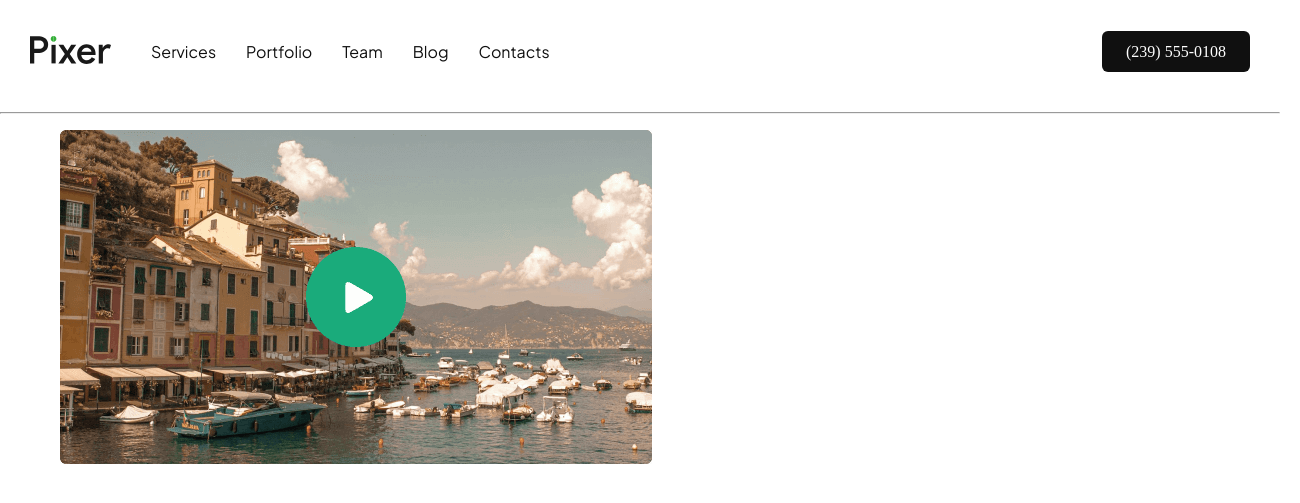
Repository: UlugbekAbdurasulov/pixar
Page: index.html
These files come from the project's save history. The page is drawn as it stood at one moment and after the next save; the edit follows.
The browser window is 1280 px wide. The page is 1300 px wide, so the pictures cover 1300 px, including what lies to the right of the window. The pictures show the whole page.

Above is the page before, as saved 2023-06-05 00:09:43.

### index.html
<!DOCTYPE html>
<html lang="en">
  <head>
    <meta charset="UTF-8" />
    <meta http-equiv="X-UA-Compatible" content="IE=edge" />
    <meta name="viewport" content="width=device-width, initial-scale=1.0" />

    <link rel="stylesheet" href="./css/main.css" />
    <title>Imthon</title>
  </head>
  <body>
    <header class="navbar">
      <div class="container">
        <div class="navbar-box">
          <div class="navvar-right">
            <a href="#"
              ><img
                src="./image/logo.svg"
                width="81"
                height="28"
                alt="pixer campaign lagatip"
            /></a>

            <nav class="navbar-naving">
              <ul class="navvar-helper">
                <li class="navbar-menu">
                  <a class="navbar-menu-link" href="#"><p>Services</p></a>
                </li>
                <li class="navbar-menu">
                  <a class="navbar-menu-link" href="#"><p>Portfolio</p></a>
                </li>
                <li class="navbar-menu">
                  <a class="navbar-menu-link" href="#"><p>Team</p></a>
                </li>
                <li class="navbar-menu">
                  <a class="navbar-menu-link" href="#"><p>Blog</p></a>
                </li>
                <li class="navbar-menu">
                  <a class="navbar-menu-link" href="#"><p>Contacts</p></a>
                </li>
              </ul>
            </nav>
          </div>
          <div class="navbar-link">
            <a class="navbar-enker" href="tel:2395550108">(239) 555-0108 </a>
          </div>
        </div>
      </div>
    </header>
    <hr />


    <menu class="menu-box">
        <div class="container">
            <div  class="hero">
                <div class="hero-wrapper">
                    <div>

                    </div>
                    <img src="./image/You-Tube.png" width="" alt="">
                </div>
            </div>
        </div>
    </menu>
  </body>
</html>

### css/main.css
/* plus-jakarta-sans-regular - latin */
@font-face {
    font-display: swap; /* Check https://developer.mozilla.org/en-US/docs/Web/CSS/@font-face/font-display for other options. */
    font-family: 'Plus Jakarta Sans';
    font-style: normal;
    font-weight: 400;
    src: url('../fontFamly/plus-jakarta-sans-v7-latin-regular.woff2') format('woff2'); /* Chrome 36+, Opera 23+, Firefox 39+, Safari 12+, iOS 10+ */
    src:    url('../fontFamly/plus-jakarta-sans-v7-latin-regular.woff') format('woff'); /* Chrome 5+, Firefox 3.6+, IE 9+, Safari 5.1+, iOS 5+ */
      }

  @font-face {
    font-display: swap; /* Check https://developer.mozilla.org/en-US/docs/Web/CSS/@font-face/font-display for other options. */
    font-family: 'Plus Jakarta Sans';
    font-style: italic;
    font-weight: 500;
    src:   url('../fontFamly/plus-jakarta-sans-v7-latin-500italic.woff2') format('woff2'); /* Chrome 36+, Opera 23+, Firefox 39+, Safari 12+, iOS 10+ */
    src:   url('../fontFamly/plus-jakarta-sans-v7-latin-500italic.woff') format('woff'); /* Chrome 5+, Firefox 3.6+, IE 9+, Safari 5.1+, iOS 5+ */
       }

  @font-face {
    font-display: swap; /* Check https://developer.mozilla.org/en-US/docs/Web/CSS/@font-face/font-display for other options. */
    font-family: 'Plus Jakarta Sans';
    font-style: normal;
    font-weight: 600;
 src:  url('../fontFamly/plus-jakarta-sans-v7-latin-600.woff2') format('woff2'); /* Chrome 36+, Opera 23+, Firefox 39+, Safari 12+, iOS 10+ */
 src:      url('../fontFamly/plus-jakarta-sans-v7-latin-600.woff') format('woff'); /* Chrome 5+, Firefox 3.6+, IE 9+, Safari 5.1+, iOS 5+ */
      }

  @font-face {
    font-display: swap; /* Check https://developer.mozilla.org/en-US/docs/Web/CSS/@font-face/font-display for other options. */
    font-family: 'Plus Jakarta Sans';
    font-style: normal;
    font-weight: 700;
    src:  url('../fontFamly/plus-jakarta-sans-v7-latin-700.woff2') format('woff2'); /* Chrome 36+, Opera 23+, Firefox 39+, Safari 12+, iOS 10+ */
      src:   url('../fontFamly/plus-jakarta-sans-v7-latin-700.woff') format('woff'); /* Chrome 5+, Firefox 3.6+, IE 9+, Safari 5.1+, iOS 5+ */

  }





* {
    box-sizing: border-box;
    text-decoration: none;
    list-style: none;
  }
  body {
    margin: 0;
    padding: 0;
    background-color: #fff;
  }
  .container {
    width: 1260px;
    margin: 0px auto;
  padding: 0 20px;
  }
.navbar-box{
    padding-top: 24px;
    padding-bottom: 24px;
    display: flex;
    justify-content: space-between;
    align-items: center;
    margin: 0;
}

.navvar-right{
    display: flex;
    justify-content: center;
    align-items: center;
    margin: 0;
}
 .navvar-helper{
    display: flex;
    margin: 0;
 }
.navbar-menu{
    margin-right: 30px;
}
.navbar-enker{
    color: #fff;
    margin: auto right;
    background: #101010;
border-radius: 6px;
padding: 12px 24px;
margin-top: 24px;
}
.navbar-menu-link :hover{
    color: #1aab7b;
}
.navbar-menu-link :active{
    color: #1aab7b;
}




.hr{
    background: #FFFFFF;
    border-bottom: 1px solid #EEEEF4;
}
    /* .navbar-link{
        margin: 0 auto;
        padding-top: 24px;
    } */
.navbar-menu-link{

    font-family: 'Plus Jakarta Sans';
    font-style: normal;
    font-weight: 500;
    font-size: 16px;
    line-height: 150%;

    color: #101010;
}

### image/logo.svg
<svg width="81" height="28" viewBox="0 0 81 28" fill="none" xmlns="http://www.w3.org/2000/svg">
<path d="M0 27.3919V0.303287H9.34316C10.5077 0.295204 11.664 0.499932 12.7556 0.907471C13.7897 1.29072 14.742 1.86772 15.5618 2.6078C16.3947 3.36821 17.057 4.29789 17.5046 5.3351C17.9523 6.3723 18.175 7.49328 18.158 8.62358C18.1698 9.74744 17.9445 10.8611 17.497 11.8913C17.0496 12.9215 16.39 13.8449 15.5618 14.6008C14.7422 15.3412 13.7899 15.9182 12.7556 16.3011C11.6648 16.7088 10.5093 16.9139 9.34542 16.9065H4.25674V27.3862L0 27.3919ZM9.45604 12.8257C10.1017 12.8382 10.7431 12.7171 11.34 12.4697C11.8662 12.2485 12.3409 11.92 12.7341 11.5051C13.1055 11.1105 13.3993 10.649 13.5999 10.1448C13.7961 9.66446 13.8984 9.15069 13.9013 8.63152C13.8979 7.55157 13.4798 6.51456 12.7341 5.73642C12.3077 5.30129 11.7976 4.95789 11.2348 4.72715C10.672 4.49641 10.0684 4.38315 9.46056 4.39429H4.25674V12.8302L9.45604 12.8257Z" fill="#191919"/>
<path d="M21.4734 8.85371V27.3919H25.6556V8.85371H21.4734Z" fill="#191919"/>
<path d="M26.3611 2.83451C26.3674 3.20623 26.2989 3.57538 26.1598 3.91992C26.0208 4.26446 25.814 4.57731 25.5518 4.83977C25.2975 5.10879 24.9903 5.32169 24.6496 5.46494C24.3089 5.60819 23.9422 5.67864 23.573 5.6718V0.000627874C23.9422 -0.00592918 24.3088 0.0646457 24.6494 0.207876C24.9901 0.351106 25.2973 0.563865 25.5518 0.832657C25.8134 1.09484 26.0199 1.40716 26.1589 1.75105C26.2979 2.09495 26.3667 2.4634 26.3611 2.83451Z" fill="#35AF39"/>
<path d="M23.5696 0.000636352V5.67521C23.1955 5.68389 22.8238 5.61441 22.4779 5.47118C22.132 5.32795 21.8195 5.11409 21.5603 4.84318C21.2969 4.58076 21.0891 4.26751 20.9494 3.92231C20.8097 3.5771 20.7411 3.20708 20.7475 2.83452C20.7422 2.46314 20.8114 2.09449 20.9511 1.75055C21.0907 1.40662 21.2979 1.09445 21.5603 0.832666C21.8199 0.562198 22.1324 0.34864 22.4782 0.205443C22.824 0.0622456 23.1956 -0.00748732 23.5696 0.000636352Z" fill="#35AF39"/>
<path d="M34.8486 17.9709L28.481 8.85371H33.3417L37.3343 14.7176H37.4471L41.1722 8.85371H46.2203L39.7781 17.9709L46.3331 27.3919H41.3664L37.3726 21.3387H37.2598L33.2999 27.3919H28.3681L34.8486 17.9709Z" fill="#191919"/>
<path d="M65.2893 22.9653C64.4947 24.4194 63.3552 25.654 61.9717 26.5598C60.5419 27.5196 58.7843 27.9995 56.699 27.9995C55.3882 28.0133 54.088 27.7623 52.8757 27.2615C51.7354 26.7889 50.7032 26.0872 49.8426 25.1996C48.9783 24.302 48.2996 23.2413 47.8458 22.0789C47.3571 20.8192 47.1142 19.4769 47.1301 18.1251C47.1227 16.8268 47.3523 15.5382 47.8074 14.3231C48.2358 13.1637 48.8815 12.0975 49.7094 11.182C50.5737 10.2405 51.6261 9.49271 52.7979 8.98757C53.9696 8.48244 55.2344 8.23133 56.5094 8.25066C57.9392 8.25066 59.214 8.49022 60.3338 8.96934C61.4151 9.42349 62.3856 10.1076 63.1784 10.9746C63.9808 11.8743 64.5899 12.9305 64.9676 14.0771C65.3926 15.3558 65.6028 16.6966 65.5895 18.0446V18.3846C65.5654 18.4964 65.5526 18.6104 65.5512 18.7247C65.5266 18.8237 65.514 18.9253 65.5139 19.0274H51.3123C51.3651 19.8327 51.583 20.6185 51.9524 21.3353C52.2761 21.9571 52.7174 22.5096 53.2516 22.9619C53.7568 23.3856 54.3391 23.7067 54.9663 23.9073C55.562 24.1045 56.1847 24.2066 56.8119 24.21C58.016 24.21 59.0082 23.9202 59.7886 23.3405C60.5665 22.7601 61.2192 22.0274 61.7075 21.1868L65.2893 22.9653ZM61.4073 15.8149C61.3409 15.3791 61.2207 14.9534 61.0495 14.5476C60.85 14.0652 60.5555 13.6284 60.1837 13.2632C59.7461 12.8402 59.2354 12.5006 58.6767 12.2612C58.0619 11.9838 57.315 11.8452 56.436 11.8452C55.2319 11.8452 54.1957 12.2045 53.3273 12.9232C52.4588 13.6418 51.8749 14.6057 51.5753 15.8149H61.4073Z" fill="#191919"/>
<path d="M68.7547 8.85369H72.7055V11.6536H72.9313C73.1688 11.1616 73.4819 10.7102 73.8591 10.316C74.247 9.89965 74.6912 9.54019 75.1787 9.24817C75.6682 8.95657 76.186 8.71577 76.7241 8.5295C77.226 8.34898 77.7544 8.25397 78.2875 8.24837C78.8074 8.23859 79.3264 8.29612 79.8317 8.41954C80.2394 8.52653 80.632 8.68498 81 8.8911L79.7944 12.7123C79.4992 12.5808 79.1891 12.4856 78.8711 12.4289C78.4668 12.3607 78.0573 12.3288 77.6474 12.3337C77.0015 12.3262 76.3626 12.4698 75.7815 12.7531C75.2163 13.0321 74.7108 13.4195 74.2937 13.8935C73.8555 14.3945 73.5168 14.9752 73.2959 15.604C73.0551 16.2746 72.9339 16.9826 72.938 17.6954V27.3918H68.7614L68.7547 8.85369Z" fill="#191919"/>
</svg>

After the next save:
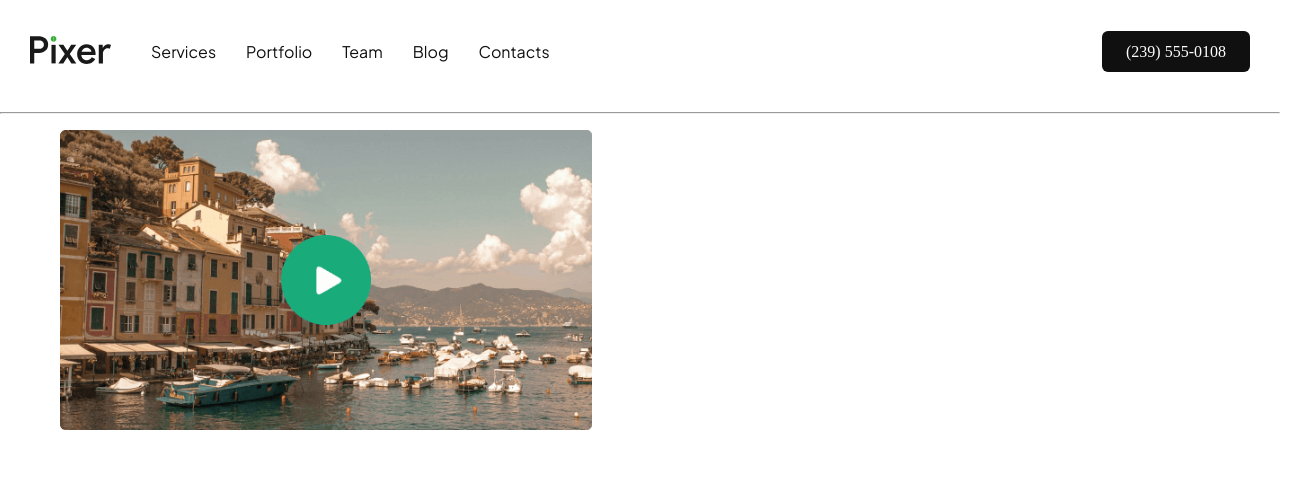
Saved 9 s later.
--- a/index.html
+++ b/index.html
@@ -57,7 +57,7 @@
                     <div>
 
                     </div>
-                    <img src="./image/You-Tube.png" width="" alt="">
+                    <img src="./image/You-Tube.png" width="532" alt="">
                 </div>
             </div>
         </div>
